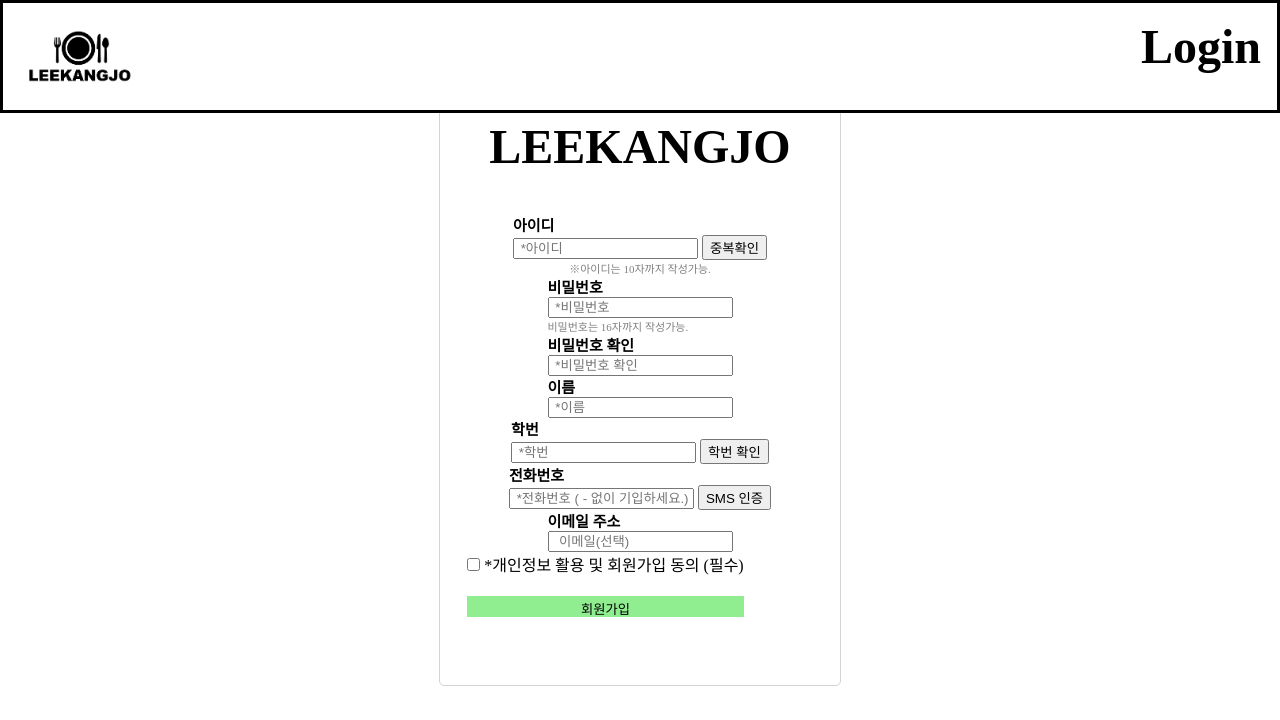
Repository: acredev/Restaurant_Management_System
Page: http://localhost/leekangjo/signup.jsp
An editor plug-in stored every save of this project. The page is shown before and after a run of saves, followed by the edit.
The browser window is 1280 px wide. The pictures show the whole page.
Some web fonts or font styles are not loaded; a fallback is used. The page is served by Tomcat 9.

Above is the page before, as saved 2023-04-13 07:45:08.

After the next 3 saves:
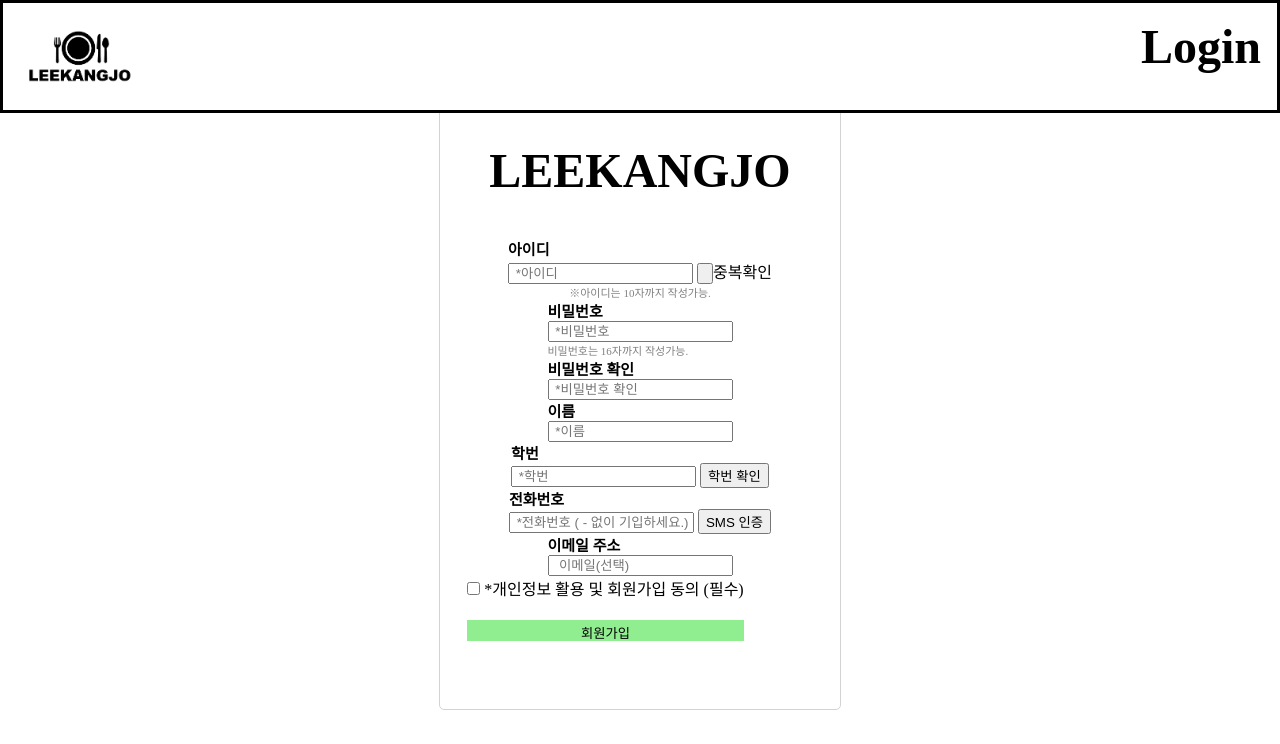
The 3 saves are shown as one change because 2 did not build or start.
The last was saved 30 min 44 s later.
--- a/leekangjo/WebContent/signup.jsp
+++ b/leekangjo/WebContent/signup.jsp
@@ -2,6 +2,25 @@
 
 <%@ page language="java" contentType="text/html; charset=UTF-8"
     pageEncoding="UTF-8"%>
+
+<%
+try
+{
+	// JDBC 드라이버 연결
+	Class.forName("com.mysql.jdvc.Driver");
+	String db_address = "jdbc.mysql://127.0.0.1:3306/kyungmin_store";
+	String db_username = "root";
+	String db_pwd = "root";
+	Connection connection = DriverManager.getConnection(db_address, db_username, db_pwd);
+
+	// 문자열의 인코딩 방식 설정
+	request.setCharacterEncoding("UTF-8");
+}
+catch (Exception ex)
+{
+	out.println("페이지 처리 중, 오류가 발생했습니다. 아래의 오류 메시지를 참고하여 페이지 관리자에게 문의 바랍니다. 불편을 드려 죄송합니다.\n" + ex.getMessage());
+}
+%>
 <!doctype html>
 <html>
     <head>
@@ -22,8 +41,39 @@
 		   		<h1 class="logo">LEEKANGJO</h1>
 				<div>
 					<h3>아이디</h3>
-					<input type="text" placeholder=" *아이디" id="id" class="account" maxlength="10" name="id">
-					<button type="button" class="btn_id_check" id="btnsend"><span class="">중복확인</span></button>
+					<input type="text" placeholder=" *아이디" id="id" class="account" maxlength="10" onkeydown="inputIdChk()" name="id">
+					<input type="button" class="btn_id_check" onclick="openIdChk()"><span class="">중복확인</span>
+					<input type="hidden" name="idDuplication" value="idUncheck">
+					<script type="text/javascript">
+					function checkValue()
+					{
+						var form = document.signup;
+						if(!form.id.value)
+						{
+							alert("아이디를 입력 후 다시 시도해 주세요.");
+							return false;
+						}
+						if(form.idDuplication.value!="idCheck")
+						{
+							alert("아이디 중복 체크 후 다시 시도해 주세요.");
+							return false;
+						}
+						if(!form.password.value)
+						{
+							alert("비밀번호를 입력 후 다시 시도해 주세요.");
+						}
+						if(form.password.value != form.passwordcheck.value)
+						{
+							alert("비밀번호가 일치하지 않습니다. 비밀번호를 동일하게 입력 후 다시 시도해 주세요.");
+							return false;
+						}
+						if(!form.name.value)
+						{
+							alert("이름을 입력 후 다시 시도해 주세요.");
+							return false;
+						}
+					}
+					</script>
 				</div>
 					<p>※아이디는 10자까지 작성가능.</p>
 				<div>
